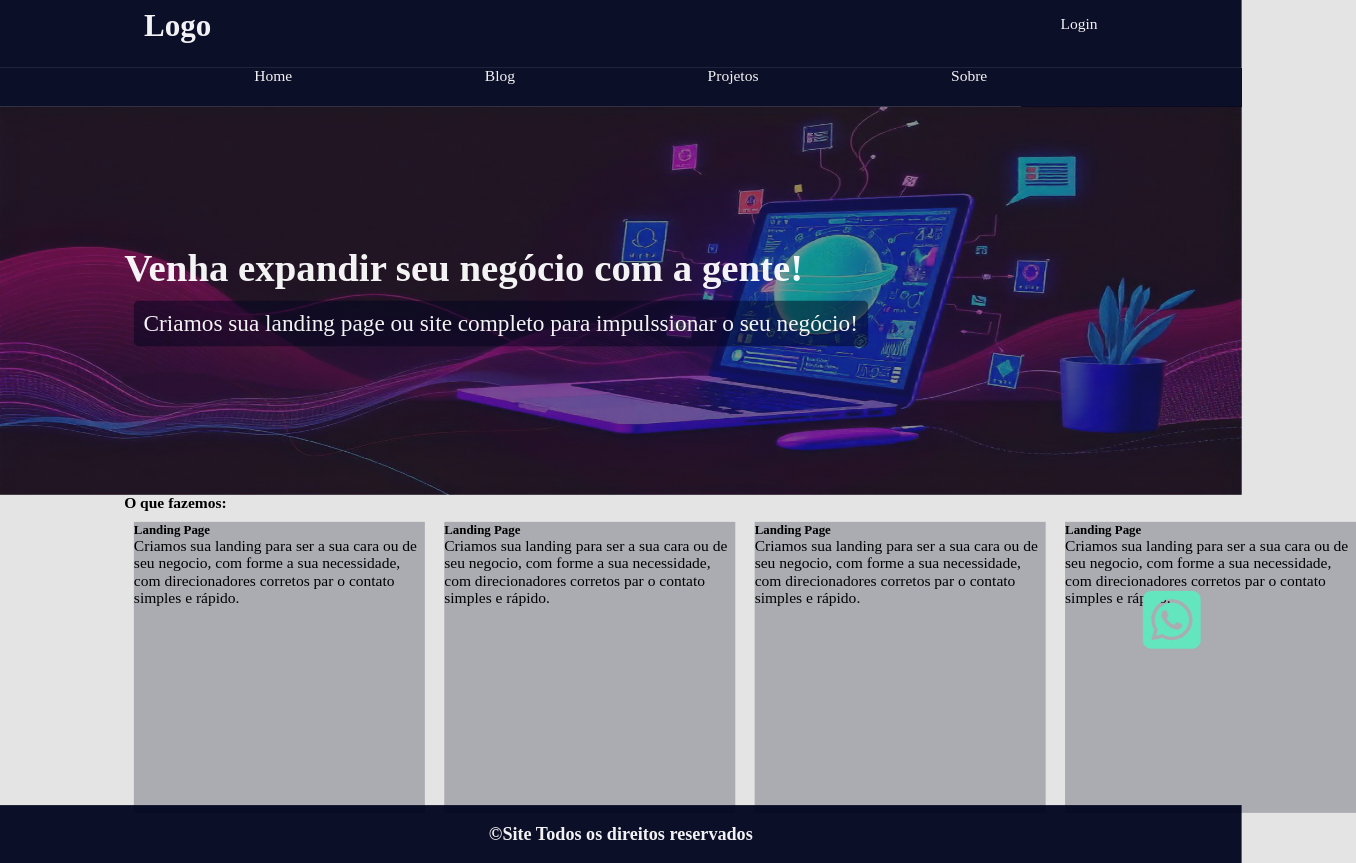
Repository: SauloMorais01/mysitefront-end
Page: index.html
An editor plug-in stored every save of this project. The page is shown before and after the next save, followed by the edit.
The browser window is 1280 px wide. The page is 1398 px wide, so the pictures cover 1398 px, including what lies to the right of the window. The pictures show the whole page, at 97% of full size.
Some web libraries are served in a nearby version.

Above is the page before, as saved 2024-11-02 19:58:23.

After the next save:
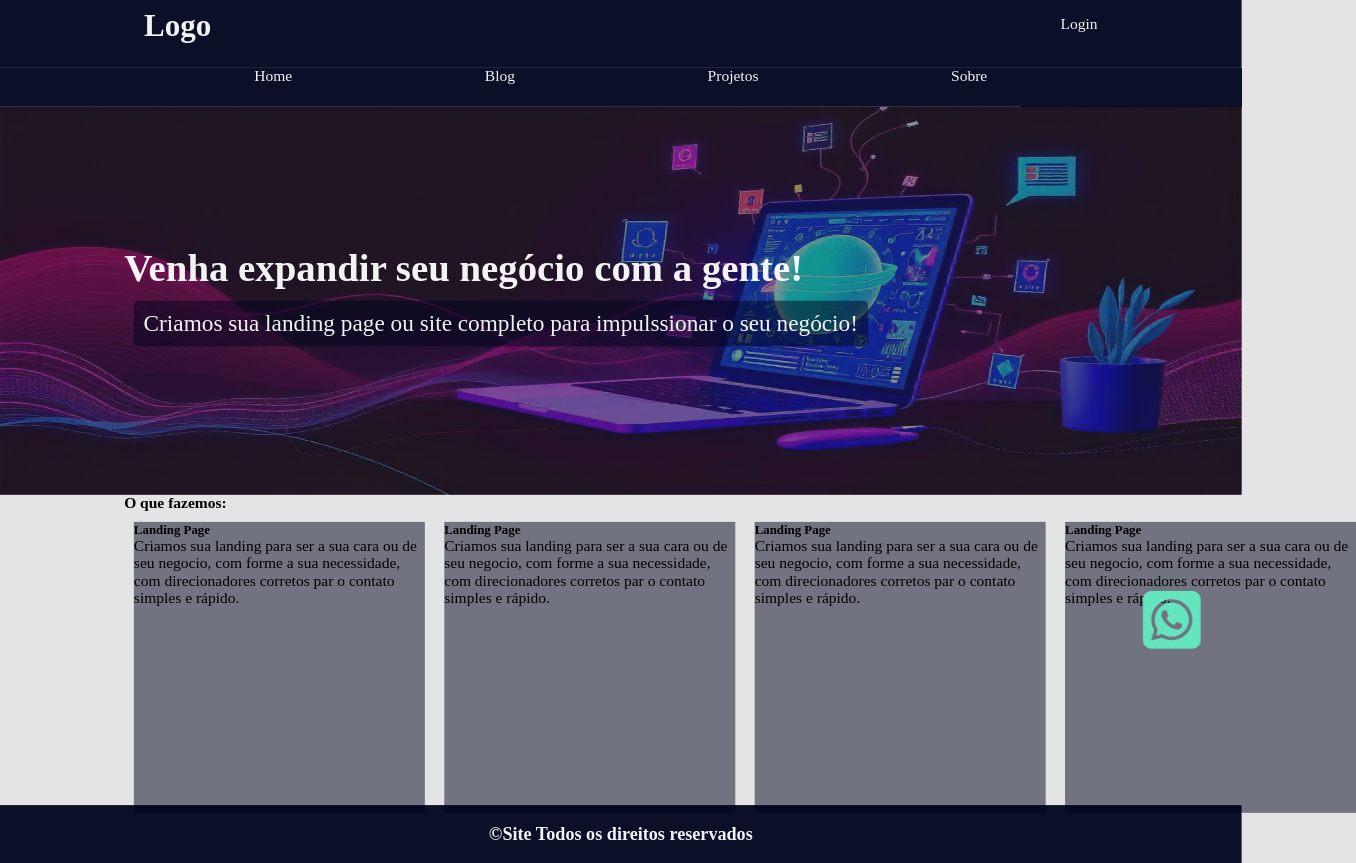
Saved 7 s later.
--- a/src/css/style.css
+++ b/src/css/style.css
@@ -131,7 +131,7 @@ footer h3 {
     height: 300px;
     width: 300px;
     margin: 10px;
-    background-color:var(--primary-color-light);
+    background-color:var(--primary-color-medium);
 }
 
 /* Animation */
